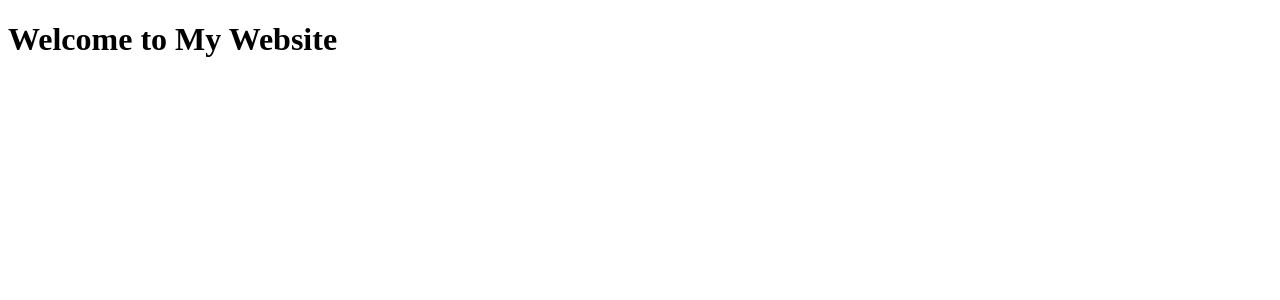
Repository: brownsonjoy1811/GitandGithub
Page: index.html
The author's editor kept a copy of each file at every save. The page is drawn from the files as they stood at one save, then again after the next save.
The browser window is 1280 px wide. The pictures show the whole page.

Above is the page before, as saved 2026-06-17 10:36:50.

### index.html
<!DOCTYPE html>
<html lang="en">
<head>
    <meta charset="UTF-8">
    <meta name="viewport" content="width=device-width, initial-scale=1.0">
    <title>Document</title>
</head>
<body>
    <h1>Welcome to My Website</h1>

</body>
</html>

After the next save:
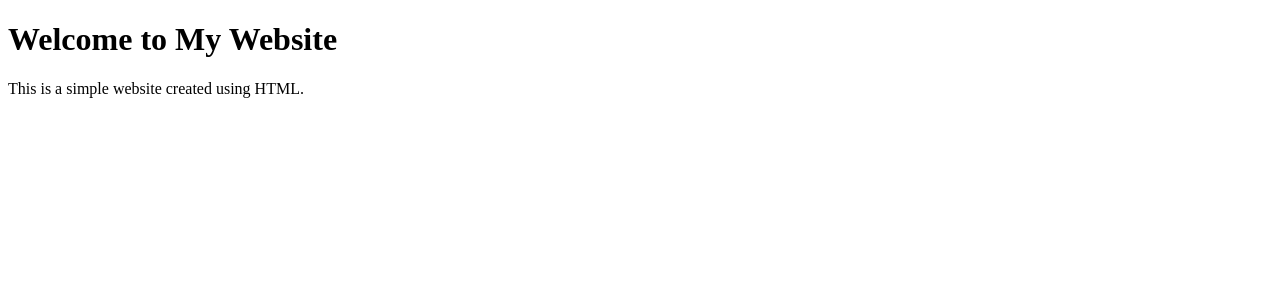
Saved 5 s later.
--- a/index.html
+++ b/index.html
@@ -7,6 +7,6 @@
 </head>
 <body>
     <h1>Welcome to My Website</h1>
-
+    <p>This is a simple website created using HTML.</p>
 </body>
 </html>
